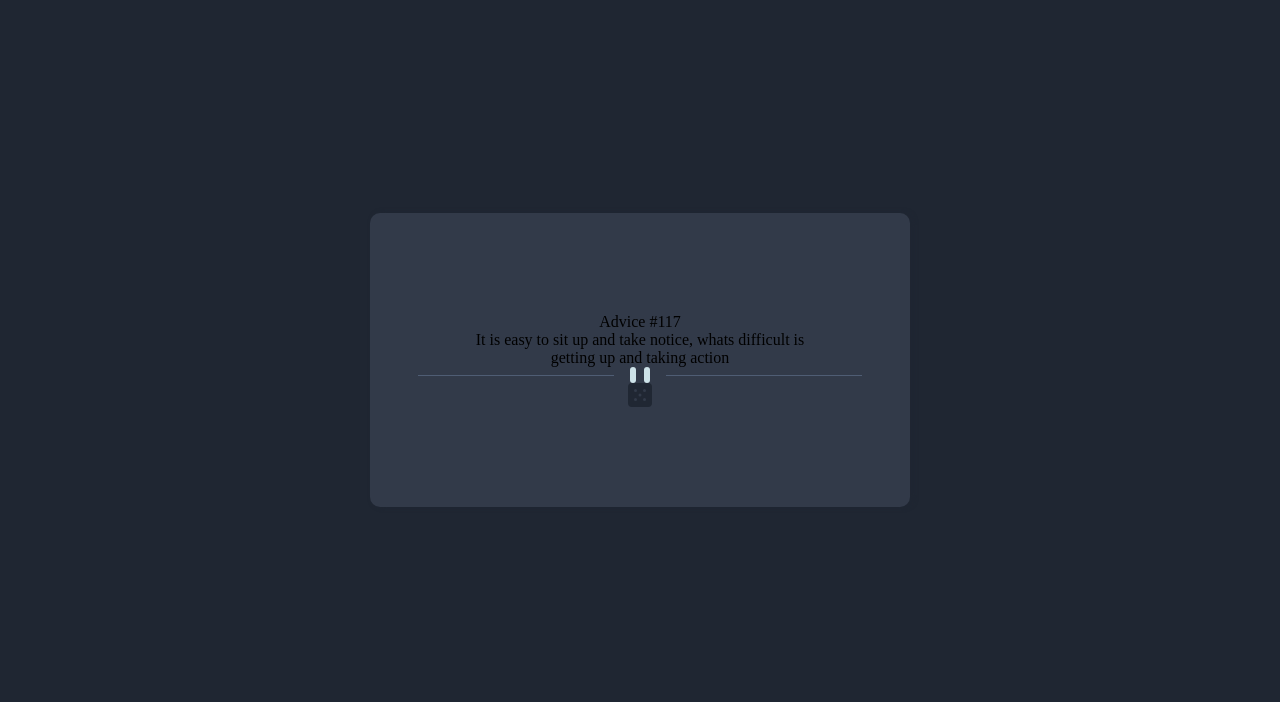
Repository: Arkitecth/advice-generator
Page: index.html
An editor plug-in stored every save of this project. The page is shown before and after the next save, followed by the edit.
The browser window is 1280 px wide. The pictures show the whole page.

Above is the page before, as saved 2023-07-12 17:30:39.

### index.html
<!DOCTYPE html>
<html lang="en">
<head>
  <meta charset="UTF-8">
  <meta name="viewport" content="width=device-width, initial-scale=1.0"> <!-- displays site properly based on user's device -->

  <link rel="icon" type="image/png" sizes="32x32" href="./images/favicon-32x32.png">
  <link rel="stylesheet" href="style.css">
  <title>Advice generator app</title>

</head>
<body>
  <div class="container">
    <p>Advice <span class="advice-num">#117</span></p>
    <p>It is easy to sit up and take notice, whats difficult is getting up and taking action</p>
    <img src="images/pattern-divider-desktop.svg" alt="pattern-divider-desktop">
    <img src="images/icon-dice.svg" alt="dice-icon">
  </div>
</body>
</html>

### style.css
:root {
    --dark-blue: hsl(218, 23%, 16%);
    --dark-grayish-blue:hsl(217, 19%, 24%);
    --light-cyan:  hsl(193, 38%, 86%);
    --neon-green:hsl(150, 100%, 66%);
    --grayish-blue:hsl(217, 19%, 38%);
}
* {
    margin: 0;
    padding:0;
    box-sizing: border-box;
}
@import url('https://fonts.googleapis.com/css2?family=Manrope:wght@800&display=swap');


body {
    background-color: var(--dark-blue);
    display: flex;
    height: 100vh;
    align-items: center;
}

.container {
    margin: 0 auto;
    background-color: var(--dark-grayish-blue);
    max-width: 540px;
    padding: 100px;
    border-radius: 10px;
    box-shadow: 3px 0px 5px var(--dark-blue);
    display: flex;
    flex-direction: column;
    align-items: center;
    text-align: center;
    justify-content: space-between;

}

After the next save:
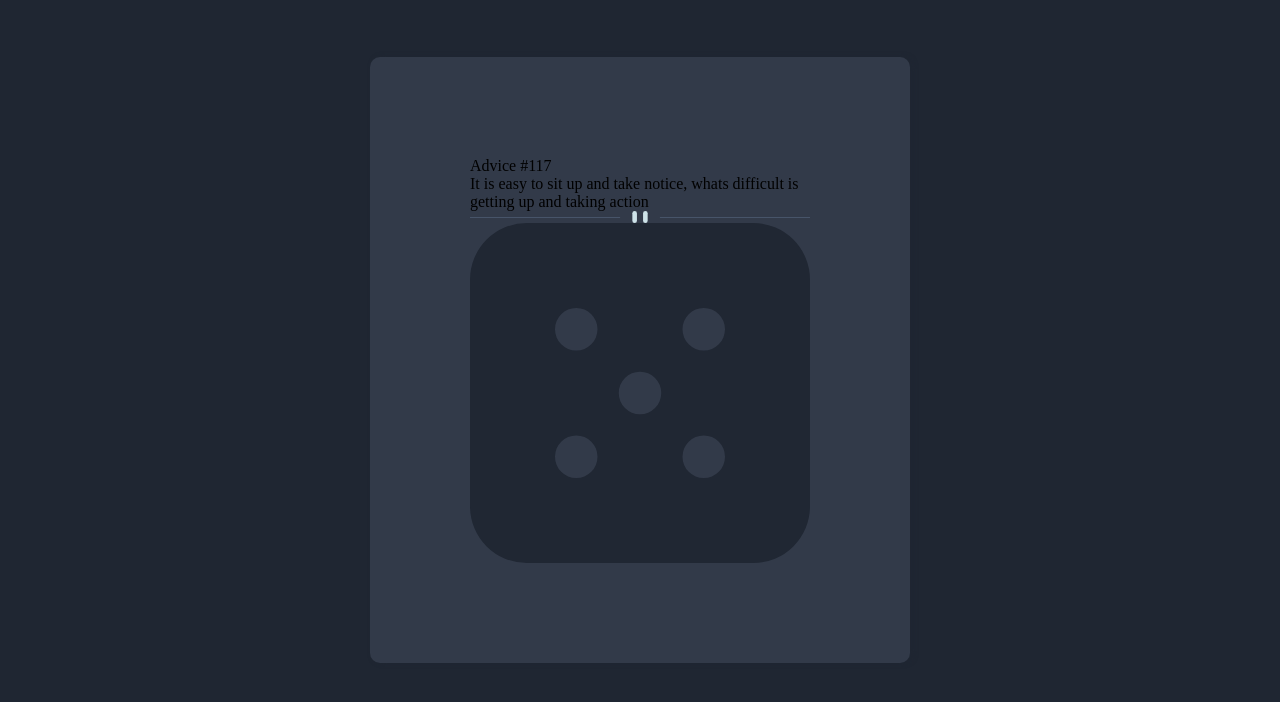
Saved 18 s later.
--- a/style.css
+++ b/style.css
@@ -29,8 +29,6 @@
     box-shadow: 3px 0px 5px var(--dark-blue);
     display: flex;
     flex-direction: column;
-    align-items: center;
-    text-align: center;
     justify-content: space-between;
 
 }

After the 2 saves that followed:
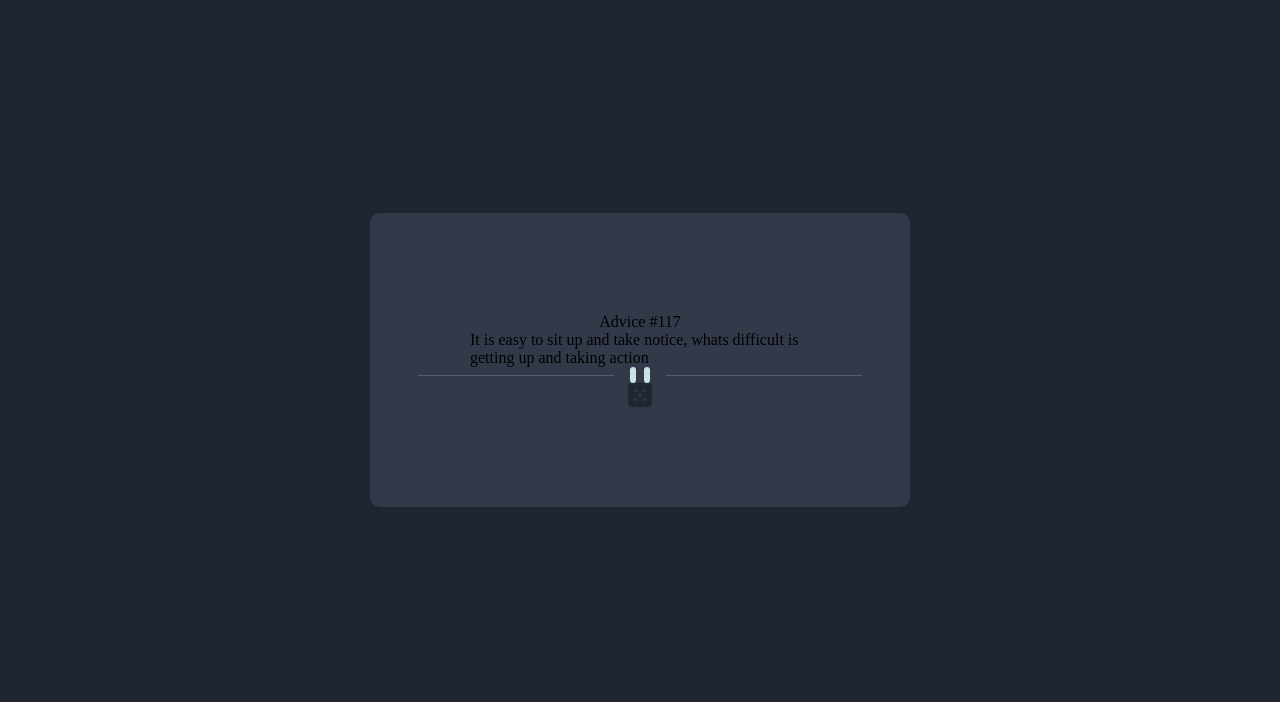
The 2 saves are shown as one change because 1 left the picture as it was.
The last was saved 16 s later.
--- a/style.css
+++ b/style.css
@@ -29,6 +29,6 @@
     box-shadow: 3px 0px 5px var(--dark-blue);
     display: flex;
     flex-direction: column;
-    justify-content: space-between;
-
+    align-items: center;
+    justify-content: space-around;
 }
